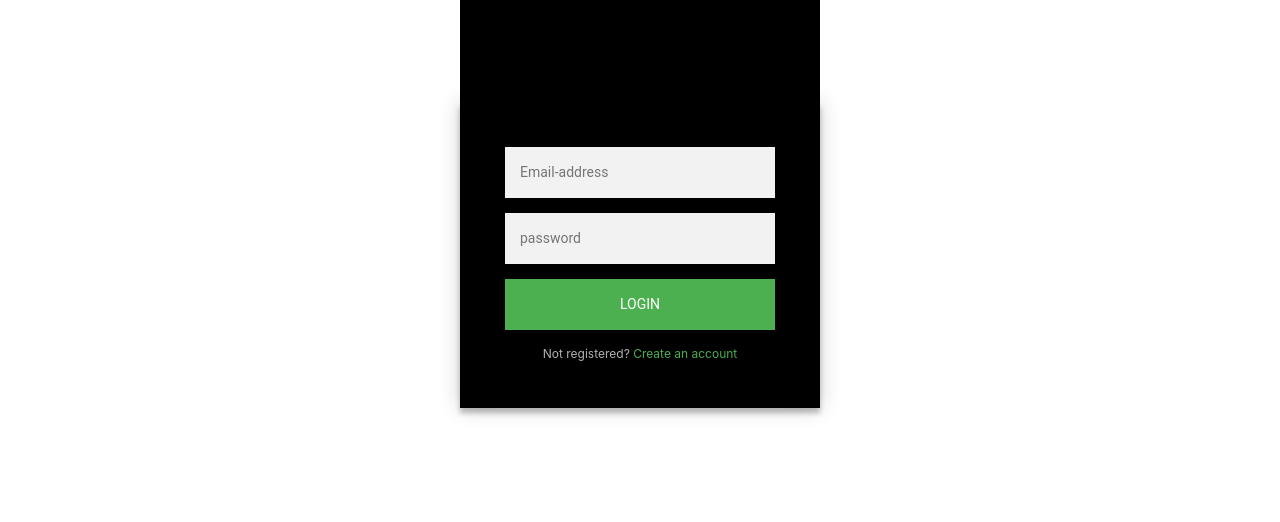
Repository: andbilous/cursor-styled-components
Page: /sign-in
The author's editor kept a copy of each file at every save. The page is drawn from the files as they stood at one save, then again after the next save.
The browser window is 1280 px wide. The pictures show the whole page.
The project was rebuilt for these pictures with package versions that can differ from the ones it lists, and the page was loaded fresh each time. Also part of the build but not shown: src/App.css, src/components/SignUpForm.jsx.

Above is the page before, as saved 2020-04-19 12:35:32.

After the next save:
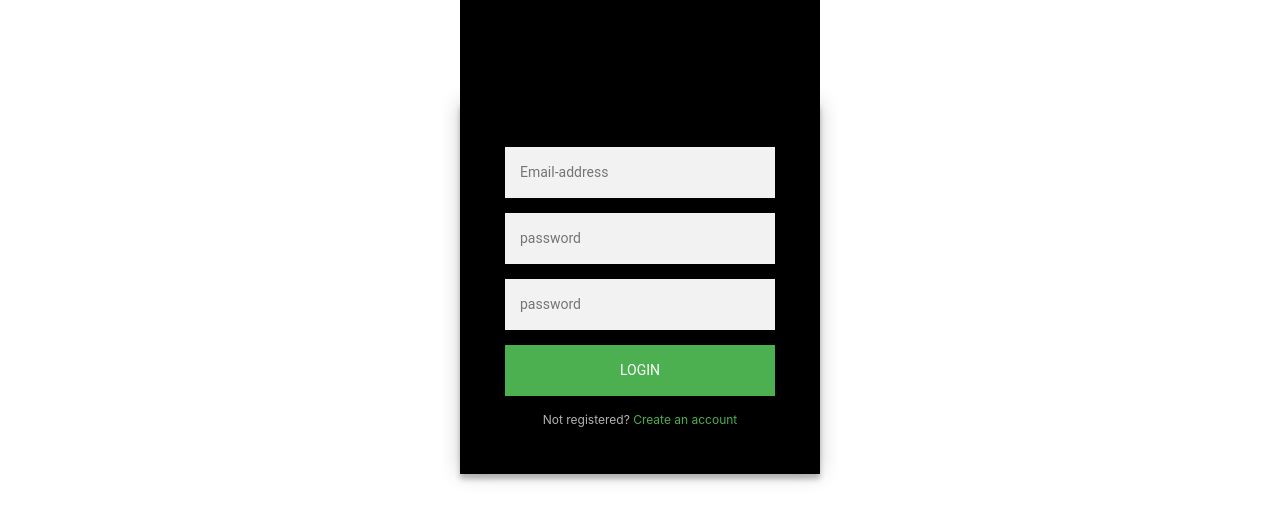
Saved 51 min 20 s later.
--- a/src/components/SignInForm.jsx
+++ b/src/components/SignInForm.jsx
@@ -111,6 +111,7 @@ const SignInForm =() =>{
     <form class="login-form">
     <input type="text" placeholder="Email-address"/>
       <input type="password" placeholder="password"/>
+      <input type="password" placeholder="password"/>
       <button>login</button>
       <p class="message">Not registered? <a href="#">Create an account</a></p>
     </form>
